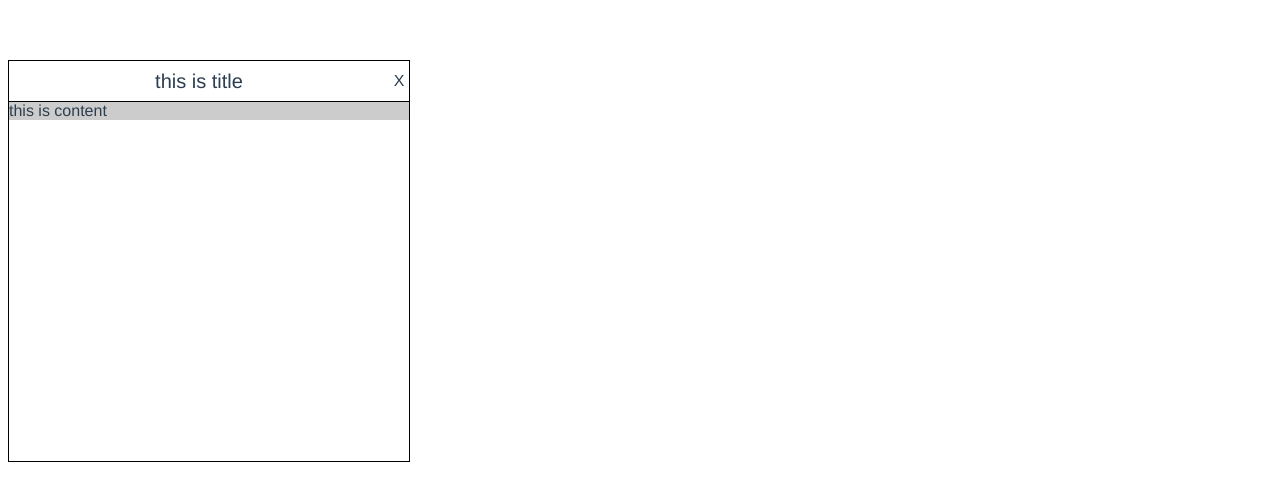
Repository: iulucky6/yf_messageBox
Page: /#/
These files come from the project's save history. The page is drawn as it stood at one moment and after the next save; the edit follows.
The browser window is 1280 px wide. The pictures show the whole page.
The project was rebuilt for these pictures with package versions that can differ from the ones it lists, and the page was loaded fresh each time. Also part of the build but not shown: src/components/HelloWorld.vue.

Above is the page before, as saved 2023-09-14 11:17:08.

After the next save:
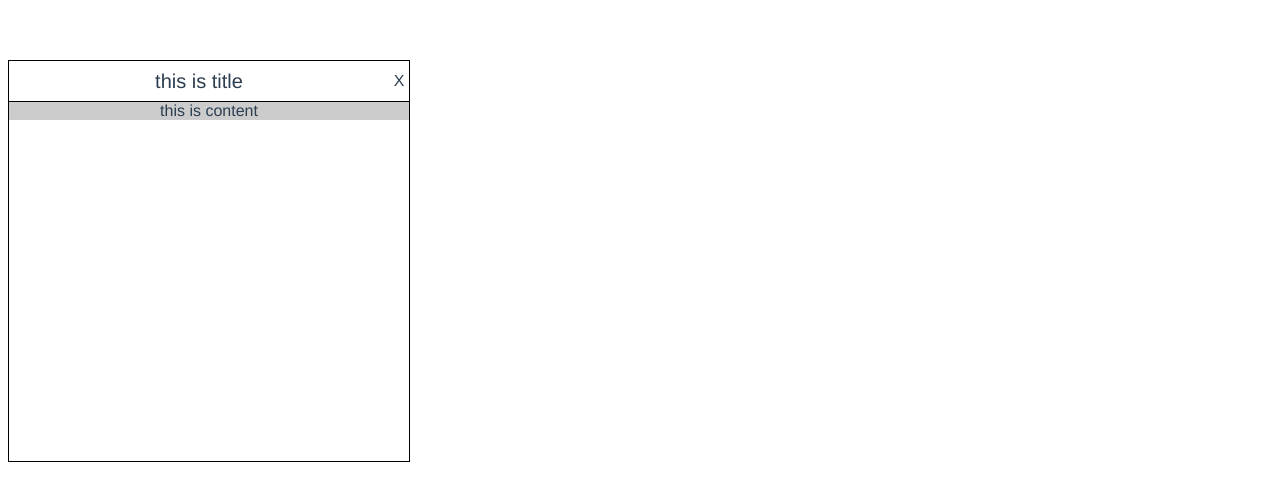
Saved 49 s later.
--- a/src/components/MessageBox/index.vue
+++ b/src/components/MessageBox/index.vue
@@ -60,9 +60,9 @@ $border-color: #000;
     }
   }
   .content {
-    display: flex;
+    // display: flex;
     background-color: #ccc;
-    flex-grow: 1;
+    flex: 1;
     // align-items: center;
     // justify-content: center;
   }
